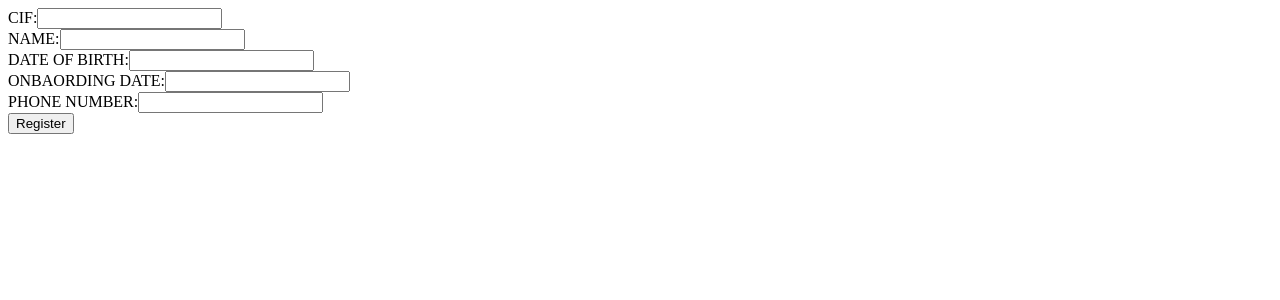
Repository: rajeshmalviya2011/MyRepo
Page: http://localhost/spring-boot/registration.jsp
An editor plug-in stored every save of this project. The page is shown before and after the next save, followed by the edit.
The browser window is 1280 px wide. The pictures show the whole page.
The page is served by Tomcat 9. Other server files are loaded and not shown.

Above is the page before, as saved 2020-08-07 10:32:02.

### spring-boot/src/main/webapp/registration.jsp
<%@ page language="java" contentType="text/html; charset=UTF-8"
    pageEncoding="UTF-8"%>
<!DOCTYPE html>
<html>
<head>
<meta charset="UTF-8">
<title>Insert title here</title>
</head>
<body>
	<form action="register">
		CIF:<input type="text" name="cif"><br>
		NAME:<input type="text" name="name"><br>
		DATE OF BIRTH:<input type="text" name="dob"><br>
		ONBAORDING DATE:<input type="text" name="onBoardingDate"><br>
		PHONE NUMBER:<input type="text" name="phone"><br>
		<input type="submit" value="Register">
	</form>
</body>
</html>

After the next save:
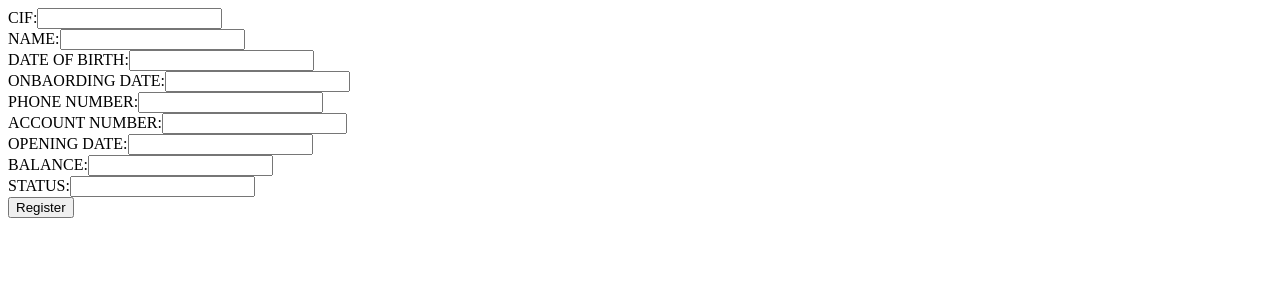
Saved 2 min 55 s later.
--- a/spring-boot/src/main/webapp/registration.jsp
+++ b/spring-boot/src/main/webapp/registration.jsp
@@ -13,6 +13,10 @@
 		DATE OF BIRTH:<input type="text" name="dob"><br>
 		ONBAORDING DATE:<input type="text" name="onBoardingDate"><br>
 		PHONE NUMBER:<input type="text" name="phone"><br>
+		ACCOUNT NUMBER:<input type="text" name="accNo"><br>
+		OPENING DATE:<input type="text" name="openingDate"><br>
+		BALANCE:<input type="text" name="balance"><br>
+		STATUS:<input type="text" name="status"><br>
 		<input type="submit" value="Register">
 	</form>
 </body>
